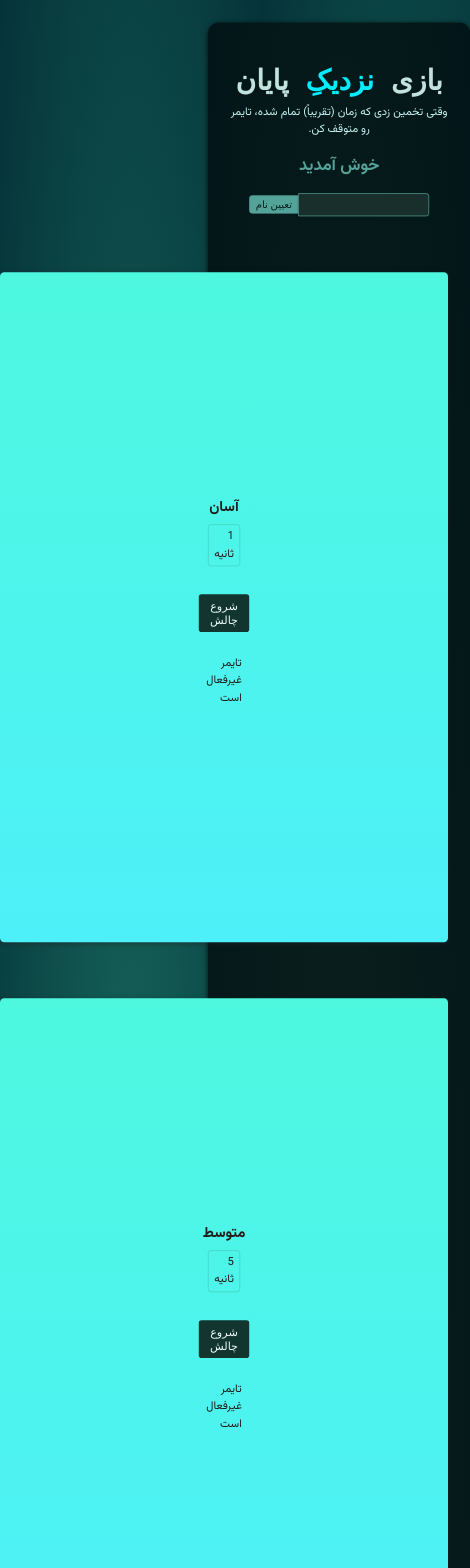
Repository: H-ala/react-near-end
Page: /
An editor plug-in stored every save of this project. The page is shown before and after the next save, followed by the edit.
The browser window is 375 px wide. The page is 672 px wide, then 375 px, so the pictures cover 672 px, including what lies to the right of the window. The pictures show the part of the page from y = 0 to 2240 px (the page is 4676 px tall before and 1836 px after), at 70% of full size.
The project was rebuilt for these pictures with package versions that can differ from the ones it lists, and the page was loaded fresh each time. Also part of the build but not shown: vite.config.js.

Above is the page before, as saved 2025-10-21 20:02:19.

After the next save:
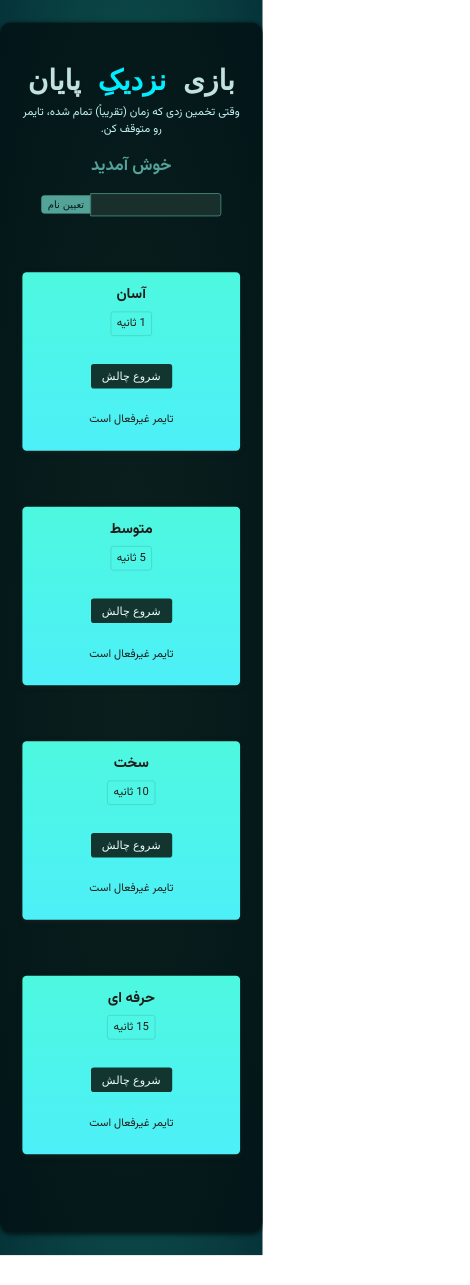
Saved 4 s later.
--- a/src/index.css
+++ b/src/index.css
@@ -263,7 +263,7 @@ header p {
   }
 
   .challenge {
-    padding: 20rem;
+    padding: 1rem;
     margin: 2rem auto;
   }
 }
